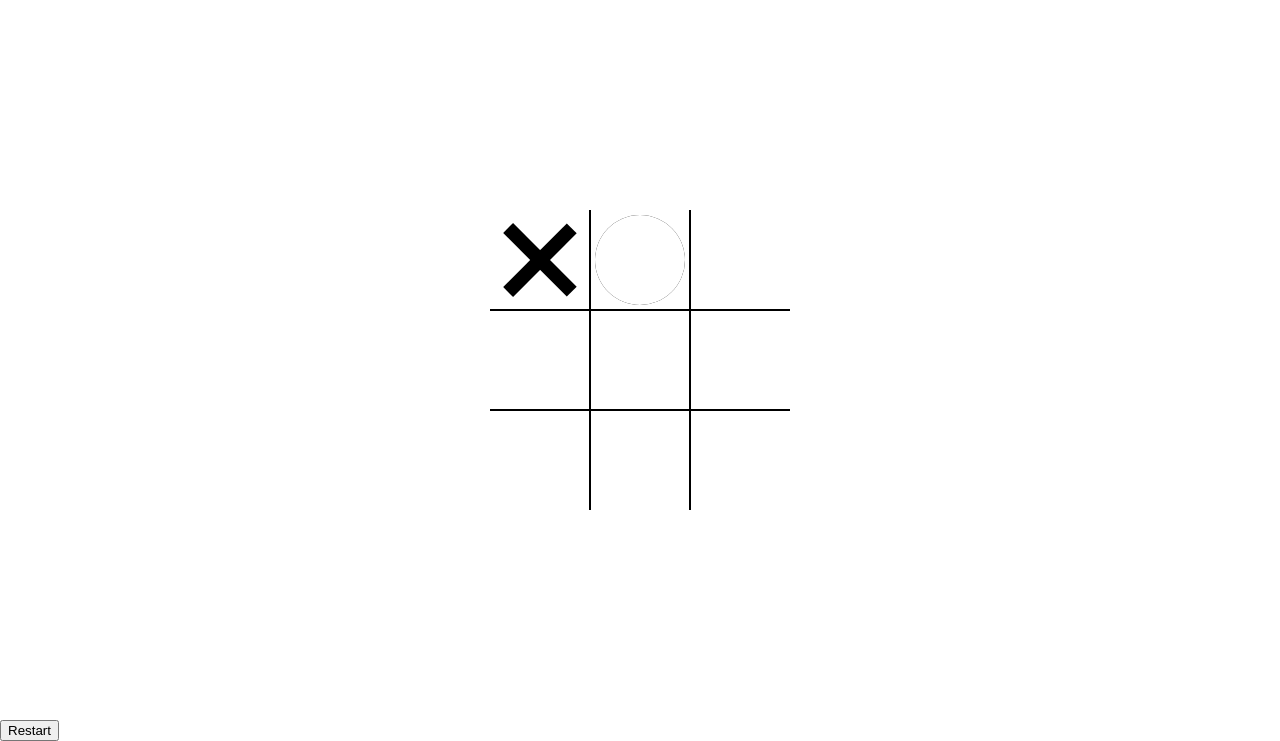
Repository: divya2/tic-toc-toe
Page: index.html
An editor plug-in stored every save of this project. The page is shown before and after the next save, followed by the edit.
The browser window is 1280 px wide. The pictures show the whole page.

Above is the page before, as saved 2020-10-29 21:33:30.
Not found: script.js

### index.html
<!DOCTYPE html>
<html lang="en">
<head>
    <meta charset="UTF-8">
    <meta name="viewport" content="width=device-width, initial-scale=1.0">
    <link rel="stylesheet" href="styles.css">
    <script src="script.js" defer></script>
    <title>Document</title>
</head>
<body>
    <div class="board" id="board">
        <div class="cell x" data-cell></div>
        <div class="cell circle" data-cell></div>
        <div class="cell" data-cell></div>
        <div class="cell" data-cell></div>
        <div class="cell" data-cell></div>
        <div class="cell" data-cell></div>
        <div class="cell" data-cell></div>
        <div class="cell" data-cell></div>
        <div class="cell" data-cell></div>
    </div>

    <div class="winning-message">
        <button id="restartButton">Restart</button>
    </div>
</body>
</html>

### styles.css
*, *::after, *::before {
    box-sizing: border-box;
}

:root {
    --cell-size: 100px;
    --mark-size: calc(var(--cell-size)* .9);
}
body {
    margin: 0;
}

.board {
    width: 100w;
    height: 100vh;
    display: grid;
    justify-content: center;
    align-content: center;
    justify-content: center;
    align-items: center;
    grid-template-columns: repeat(3,auto);
}

.cell {
    width: var(--cell-size);
    height: var(--cell-size);
    border: 1px solid black;
    display: flex;
    justify-content: center;
    align-items: center;
    position: relative;
}

.cell:first-child,
.cell:nth-child(2),
.cell:nth-child(3){
    border-top: none;
}

.cell:nth-child(3n+1){
    border-left: none;
}

.cell:nth-child(3n+3){
    border-right: none;
}

.cell:last-child,
.cell:nth-child(8),
.cell:nth-child(7){
    border-bottom: none;
}

.cell.x::before,
.cell.x::after{
    content:'';
    position: absolute;
    width: calc(var(--mark-size)*.15);
    height: var(--mark-size);
    background-color: black;
}

.cell.x::after{
    transform: rotate(-45deg);
}

.cell.x::before{
    transform: rotate(45deg);
}

.cell.circle::before,
.cell.circle::after{
    content: '';
    position: absolute;
    border-radius: 50%;
}
.cell.circle::before{
    width: var(--mark-size);
    height: var(--mark-size);
    background-color: black;
}

.cell.circle::after{
    width: var(--mark-size);
    height: var(--mark-size);
    background-color: white;
}

After the next save:
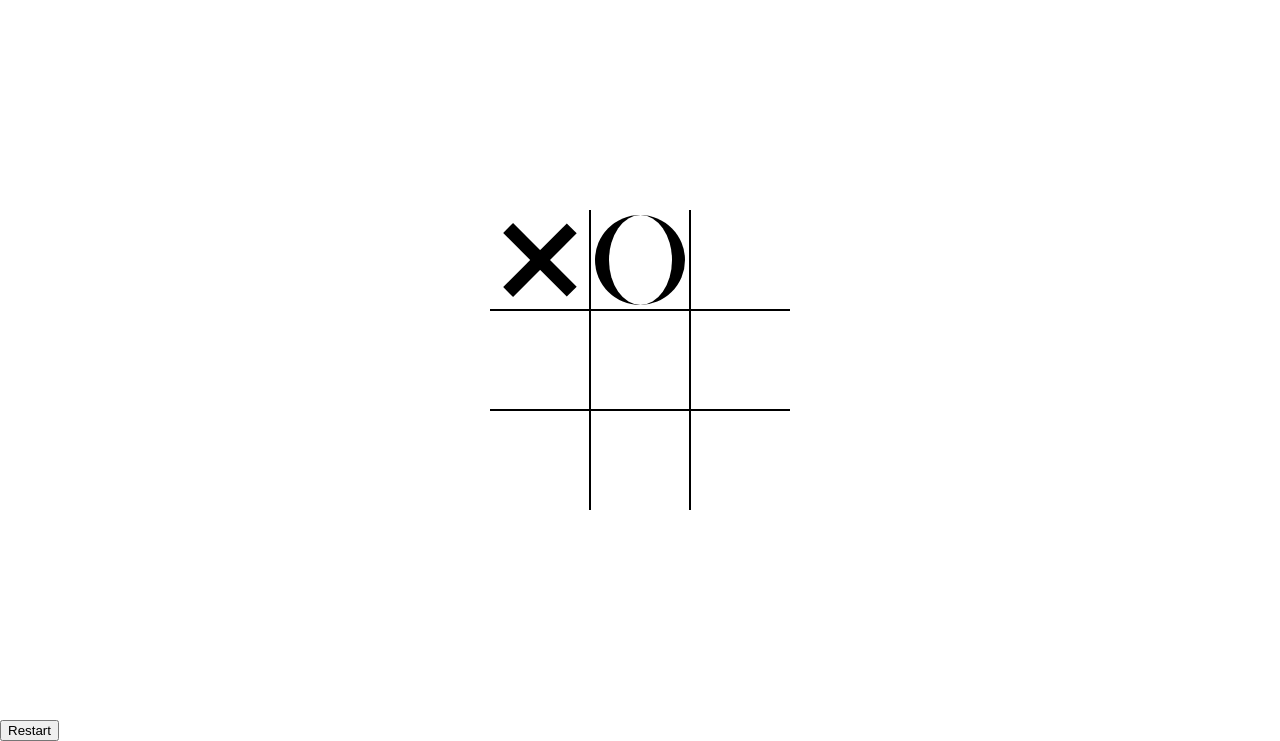
Saved 22 s later.
--- a/styles.css
+++ b/styles.css
@@ -81,7 +81,7 @@ body {
 }
 
 .cell.circle::after{
-    width: var(--mark-size);
+    width: calc(var(--mark-size)* .7);
     height: var(--mark-size);
     background-color: white;
 }
